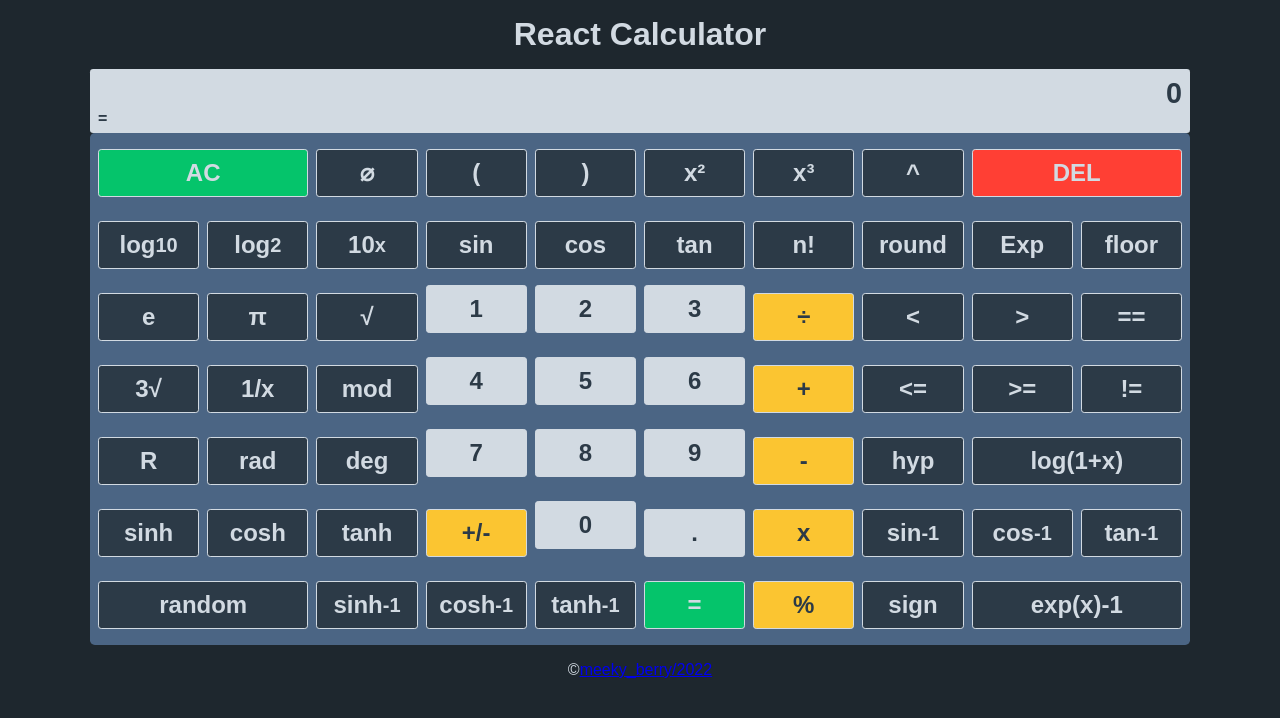
Repository: MikkyPrestige/calculator
Page: /
These files come from the project's save history. The page is drawn as it stood at one moment and after the next save; the edit follows.
The browser window is 1280 px wide. The pictures show the whole page.
The project was rebuilt for these pictures with package versions that can differ from the ones it lists, and the page was loaded fresh each time.

Above is the page before, as saved 2022-11-18 05:22:30.

After the next save:
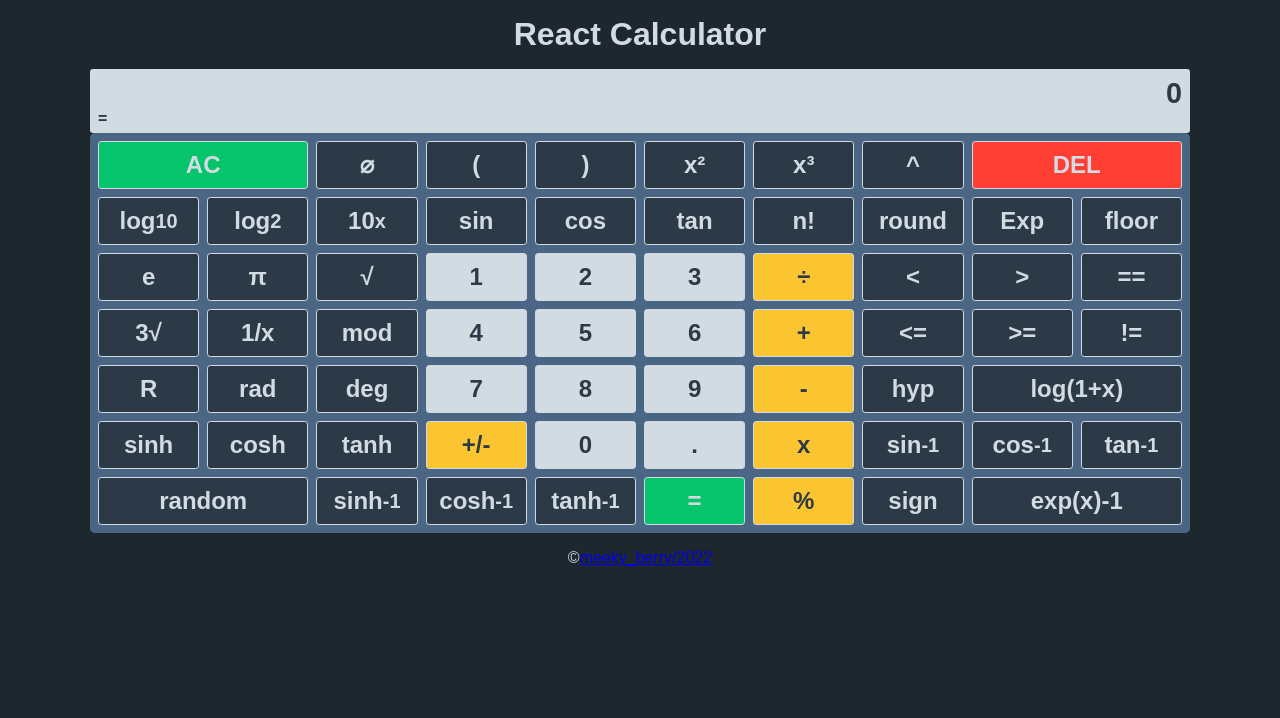
Saved 16 s later.
--- a/src/index.css
+++ b/src/index.css
@@ -71,7 +71,7 @@ body {
   align-items: center;
   border-radius: .2rem;
   border: 1px solid #d2dae2;
-  margin: .5rem 0;
+  /* margin: .5rem 0; */
 }
 
 .operator:hover {
@@ -96,8 +96,9 @@ body {
   align-items: center;
   border-radius: .2rem;
   border: 1px solid #d2dae2;
-  margin: .5rem 0;
-}
+  /* margin: .5rem 0; */
+}
+
 .digit {
   background-color: #d2dae2;
   color: #2C3A47;
